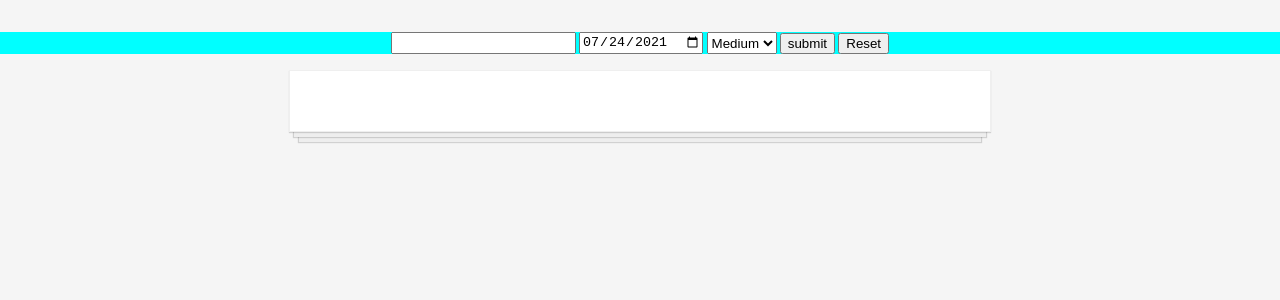
Repository: 0101chaitanya/react-todo
Page: /
These files come from the project's save history. The page is drawn as it stood at one moment and after the next save; the edit follows.
The browser window is 1280 px wide. The pictures show the whole page.
The project was rebuilt for these pictures with package versions that can differ from the ones it lists, and the page was loaded fresh each time. Also part of the build but not shown: src/components/TodoItem.js.

Above is the page before, as saved 2021-07-24 16:34:46.

After the next save:
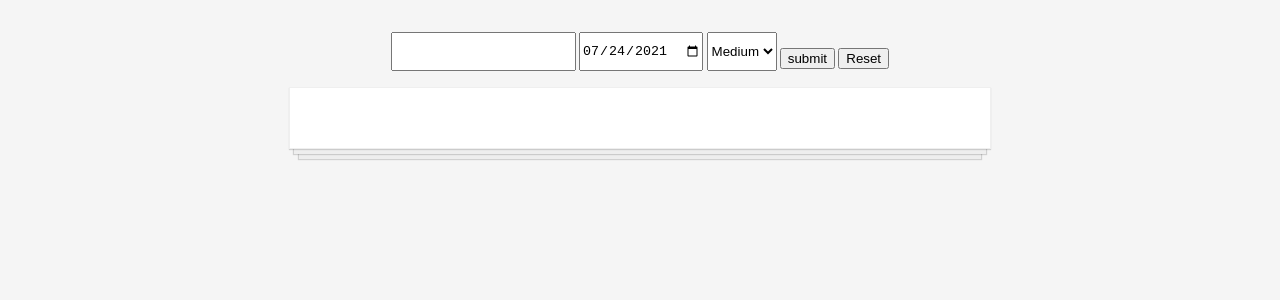
Saved 24 s later.
--- a/src/App.css
+++ b/src/App.css
@@ -42,8 +42,7 @@ input[type="checkbox"]:focus {
 }
 
 .input-form {
-  background-color: aqua;
-
+  font-size: 2rem;
   display: grid;
   justify-content: center;
   position: relative;
